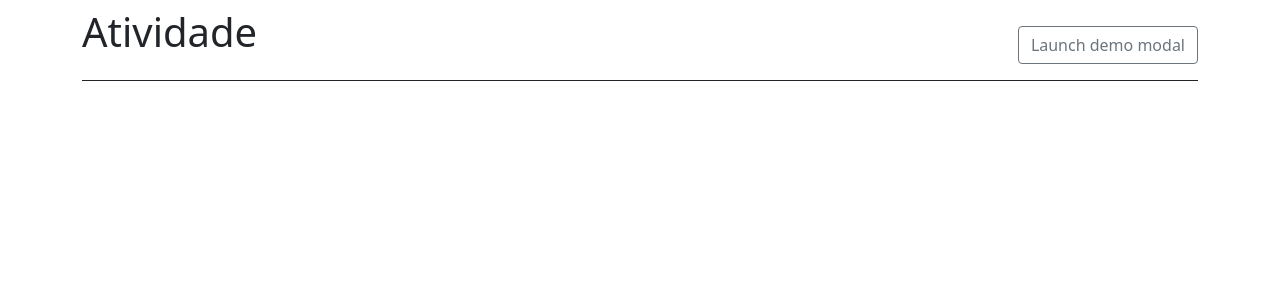
Repository: faribeiro/react-dotnetcore-efcore
Page: / (app in front/pro-atividade-app/)
An editor plug-in stored every save of this project. The page is shown before and after a run of saves, followed by the edit.
The browser window is 1280 px wide. The pictures show the whole page.
The page's requests for data from a server got no answer. The project was rebuilt for these pictures with package versions that can differ from the ones it lists, and the page was loaded fresh each time. No one was signed in, and anything a server would have sent is missing. Also part of the build but not shown: front/pro-atividade-app/src/components/AtividadeForm.js, front/pro-atividade-app/src/components/Atividade.js.

Above is the page before, as saved 2023-10-24 15:17:51.

After the next 2 saves:
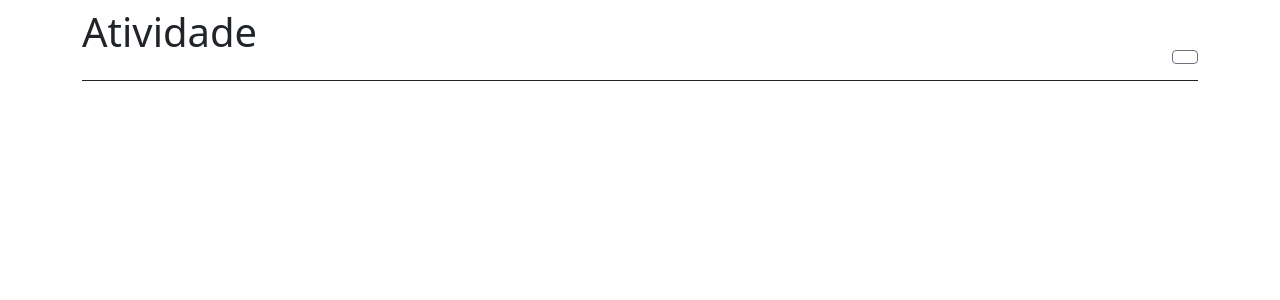
The 2 saves are shown as one change because they came seconds apart.
The last was saved 20 s later.
--- a/front/pro-atividade-app/src/App.js
+++ b/front/pro-atividade-app/src/App.js
@@ -65,7 +65,7 @@ function App() {
       <div className="d-flex justify-content-between align-items-end mt-2 pb-3 border-bottom border-dark">
         <h1>Atividade {atividade.id !== 0 ? atividade.id : ''}</h1>
         <Button variant="outline-secondary" onClick={handleShow}>
-          Launch demo modal
+          <i></i>
         </Button>
       </div>
 
